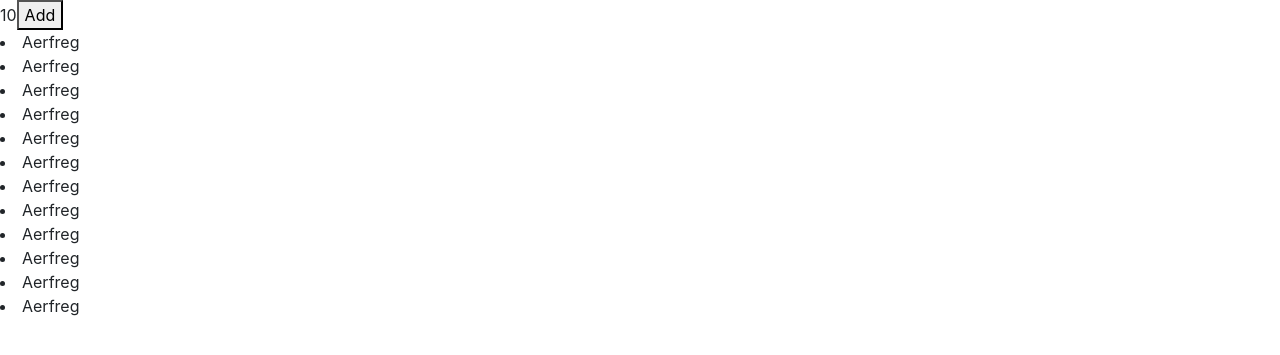
Repository: striver-69/courses
Page: /
These files come from the project's save history. The page is drawn as it stood at one moment and after the next save; the edit follows.
The browser window is 1280 px wide. The pictures show the whole page.
The project was rebuilt for these pictures with package versions that can differ from the ones it lists, and the page was loaded fresh each time.

Above is the page before, as saved 2021-04-08 05:27:03.

After the next save:
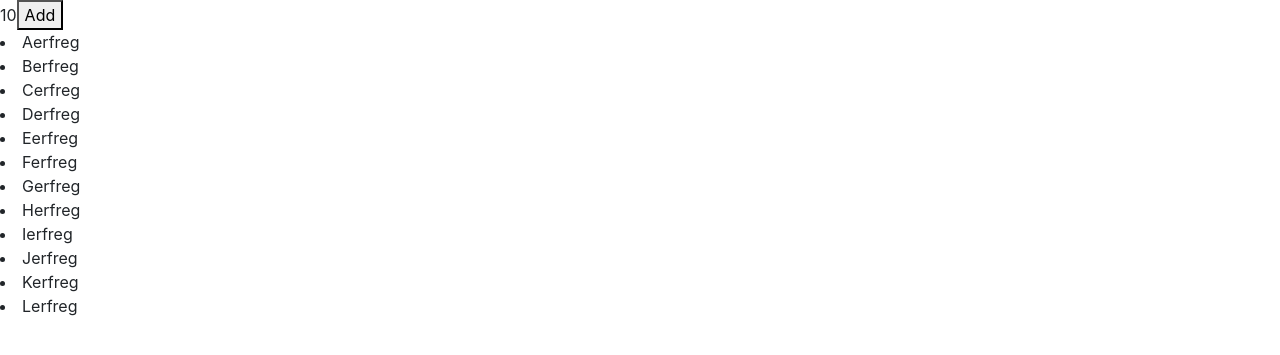
Saved 46 s later.
--- a/src/Dropdown.js
+++ b/src/Dropdown.js
@@ -1,7 +1,7 @@
 import React, { Component } from 'react'
 
 let courses=[
-  {id:1,name:'Aerfreg'},{id:2,name:'Aerfreg'},{id:3,name:'Aerfreg'},{id:4,name:'Aerfreg'},{id:5,name:'Aerfreg'},{id:6,name:'Aerfreg'},{id:7,name:'Aerfreg'},{id:8,name:'Aerfreg'},{id:9,name:'Aerfreg'},{id:10,name:'Aerfreg'},{id:11,name:'Aerfreg'},{id:12,name:'Aerfreg'},
+  {id:1,name:'Aerfreg'},{id:2,name:'Berfreg'},{id:3,name:'Cerfreg'},{id:4,name:'Derfreg'},{id:5,name:'Eerfreg'},{id:6,name:'Ferfreg'},{id:7,name:'Gerfreg'},{id:8,name:'Herfreg'},{id:9,name:'Ierfreg'},{id:10,name:'Jerfreg'},{id:11,name:'Kerfreg'},{id:12,name:'Lerfreg'},
 ]
 
 export class Dropdown extends Component {
